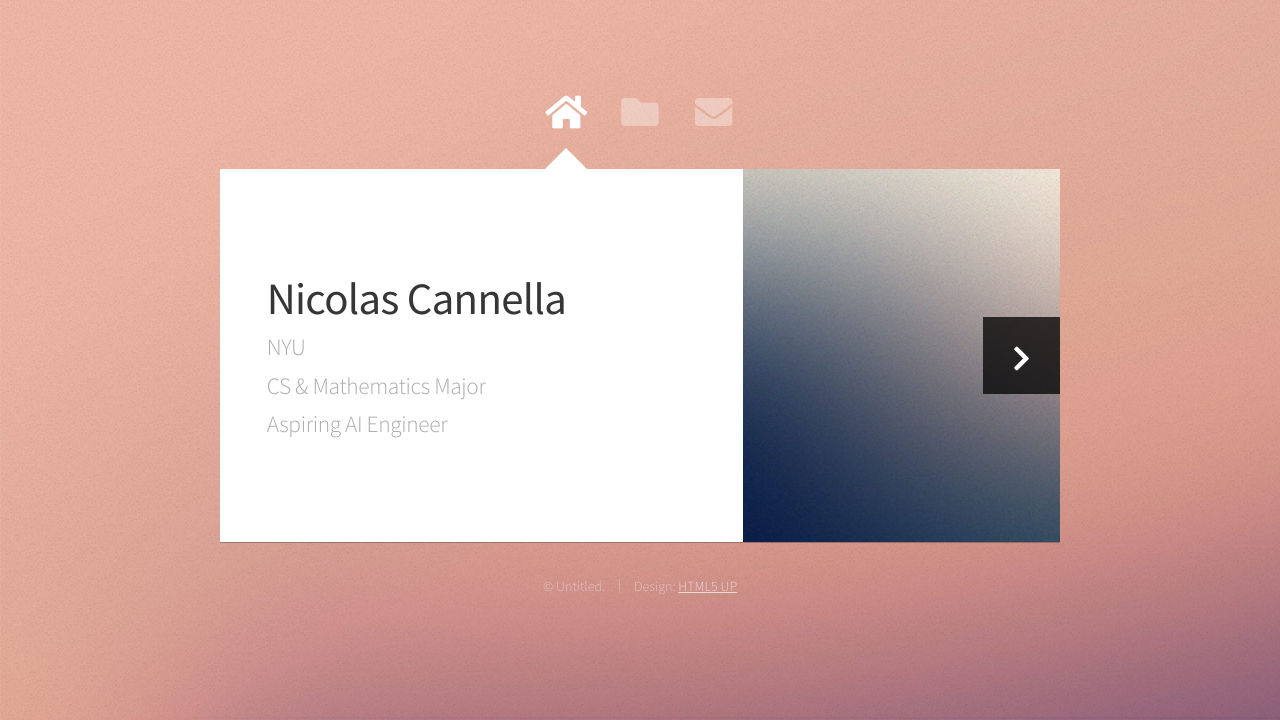
Repository: Lunarros/personal-website
Page: index.html
The author's editor kept a copy of each file at every save. The page is drawn from the files as they stood at one save, then again after the next save.
The browser window is 1280 px wide. The pictures show the whole page.

Above is the page before, as saved 2024-07-26 02:33:06.

### index.html
<!DOCTYPE HTML>
<!--
	Astral by HTML5 UP
	html5up.net | @ajlkn
	Free for personal and commercial use under the CCA 3.0 license (html5up.net/license)
-->
<html>
	<head>
		<title>Astral by HTML5 UP</title>
		<meta charset="utf-8" />
		<meta name="viewport" content="width=device-width, initial-scale=1, user-scalable=no" />
		<link rel="stylesheet" href="assets/css/main.css" />
		<noscript><link rel="stylesheet" href="assets/css/noscript.css" /></noscript>
	</head>
	<body class="is-preload">

		<!-- Wrapper-->
			<div id="wrapper">

				<!-- Nav -->
					<nav id="nav">
						<a href="#" class="icon solid fa-home"><span>Home</span></a>
						<a href="#work" class="icon solid fa-folder"><span>Work</span></a>
						<a href="#contact" class="icon solid fa-envelope"><span>Contact</span></a>
					</nav>

				<!-- Main -->
					<div id="main">

						<!-- Me -->
							<article id="home" class="panel intro">
								<header>
									<h1>Nicolas Cannella</h1>
									<p>NYU</p>
									<p>CS & Mathematics Major</p>
									<p>Aspiring AI Engineer </p>
								</header>
								<a href="#work" class="jumplink pic">
									<span class="arrow icon solid fa-chevron-right"><span>See my work</span></span>
									<img src="images/me.jpg" alt="" />
								</a>
							</article>

						<!-- Work -->
							<article id="work" class="panel">
								<header>
									<h2>Projects</h2>
								</header>
								<p>
									Phasellus enim sapien, blandit ullamcorper elementum eu, condimentum eu elit.
									Vestibulum ante ipsum primis in faucibus orci luctus et ultrices posuere cubilia
									luctus elit eget interdum.
								</p>
								<section>
									<div class="row">
										<div class="col-4 col-6-medium col-12-small">
											<a href="#" class="image fit"><img src="images/pic01.jpg" alt=""></a>
										</div>
										<div class="col-4 col-6-medium col-12-small">
											<a href="#" class="image fit"><img src="images/pic02.jpg" alt=""></a>
										</div>
										<div class="col-4 col-6-medium col-12-small">
											<a href="#" class="image fit"><img src="images/pic03.jpg" alt=""></a>
										</div>
										<div class="col-4 col-6-medium col-12-small">
											<a href="#" class="image fit"><img src="images/pic04.jpg" alt=""></a>
										</div>
										<div class="col-4 col-6-medium col-12-small">
											<a href="#" class="image fit"><img src="images/pic05.jpg" alt=""></a>
										</div>
										<div class="col-4 col-6-medium col-12-small">
											<a href="#" class="image fit"><img src="images/pic06.jpg" alt=""></a>
										</div>
										<div class="col-4 col-6-medium col-12-small">
											<a href="#" class="image fit"><img src="images/pic07.jpg" alt=""></a>
										</div>
										<div class="col-4 col-6-medium col-12-small">
											<a href="#" class="image fit"><img src="images/pic08.jpg" alt=""></a>
										</div>
										<div class="col-4 col-6-medium col-12-small">
											<a href="#" class="image fit"><img src="images/pic09.jpg" alt=""></a>
										</div>
										<div class="col-4 col-6-medium col-12-small">
											<a href="#" class="image fit"><img src="images/pic10.jpg" alt=""></a>
										</div>
										<div class="col-4 col-6-medium col-12-small">
											<a href="#" class="image fit"><img src="images/pic11.jpg" alt=""></a>
										</div>
										<div class="col-4 col-6-medium col-12-small">
											<a href="#" class="image fit"><img src="images/pic12.jpg" alt=""></a>
										</div>
									</div>
								</section>
							</article>

						<!-- Contact -->
							<article id="contact" class="panel">
								<header>
									<h2>Contact Me</h2>
								</header>
								<form action="#" method="post">
									<div>
										<div class="row">
											<div class="col-6 col-12-medium">
												<input type="text" name="name" placeholder="Name" />
											</div>
											<div class="col-6 col-12-medium">
												<input type="text" name="email" placeholder="Email" />
											</div>
											<div class="col-12">
												<input type="text" name="subject" placeholder="Subject" />
											</div>
											<div class="col-12">
												<textarea name="message" placeholder="Message" rows="6"></textarea>
											</div>
											<div class="col-12">
												<input type="submit" value="Send Message" />
											</div>
										</div>
									</div>
								</form>
							</article>

					</div>

				<!-- Footer -->
					<div id="footer">
						<ul class="copyright">
							<li>&copy; Untitled.</li><li>Design: <a href="http://html5up.net">HTML5 UP</a></li>
						</ul>
					</div>

			</div>

		<!-- Scripts -->
			<script src="assets/js/jquery.min.js"></script>
			<script src="assets/js/browser.min.js"></script>
			<script src="assets/js/breakpoints.min.js"></script>
			<script src="assets/js/util.js"></script>
			<script src="assets/js/main.js"></script>

	</body>
</html>

Loaded but not shown: assets/css/fontawesome-all.min.css (library); assets/js/jquery.min.js (library); assets/js/browser.min.js (common file); assets/js/breakpoints.min.js (common file); assets/js/util.js (587 lines, source omitted); assets/js/main.js (212 lines, source omitted); assets/css/main.css (2191 lines, source omitted)

After the next save:
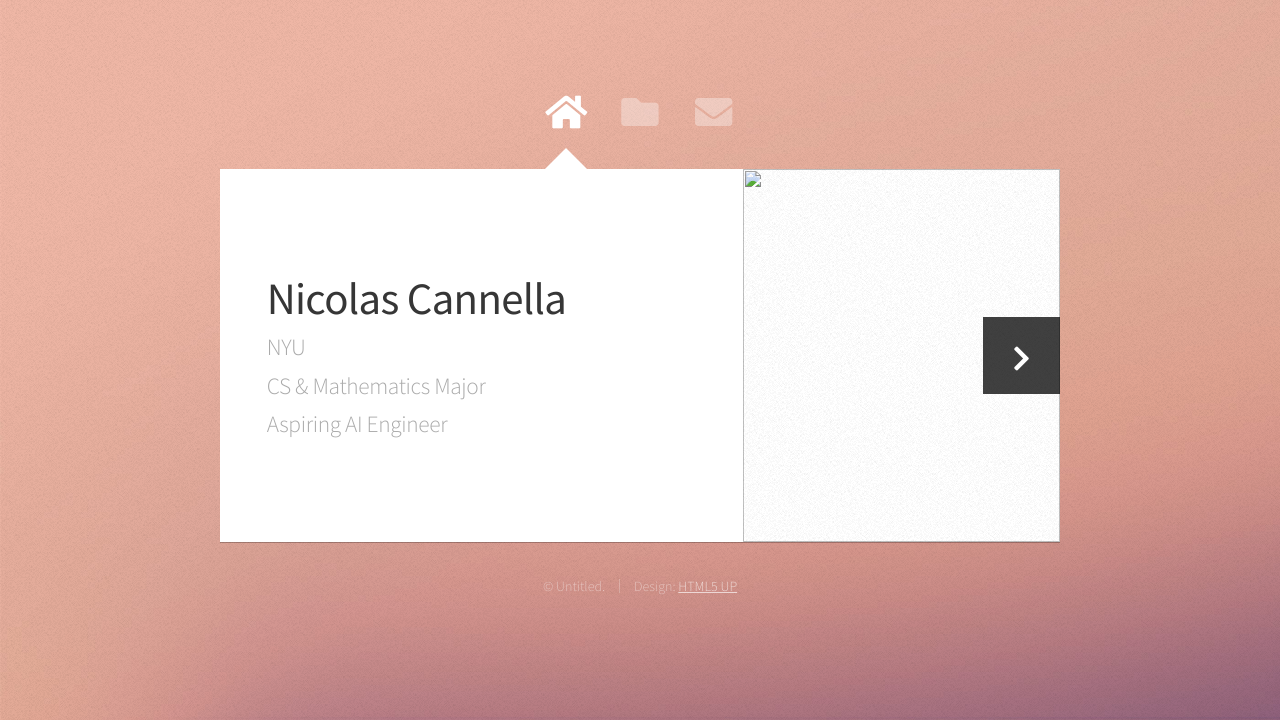
Not found: IMG_1432.jpg
Saved 11 min 35 s later.
--- a/index.html
+++ b/index.html
@@ -37,7 +37,7 @@
 								</header>
 								<a href="#work" class="jumplink pic">
 									<span class="arrow icon solid fa-chevron-right"><span>See my work</span></span>
-									<img src="images/me.jpg" alt="" />
+									<img src="IMG_1432.jpg" alt="" />
 								</a>
 							</article>
 

After the save that followed:
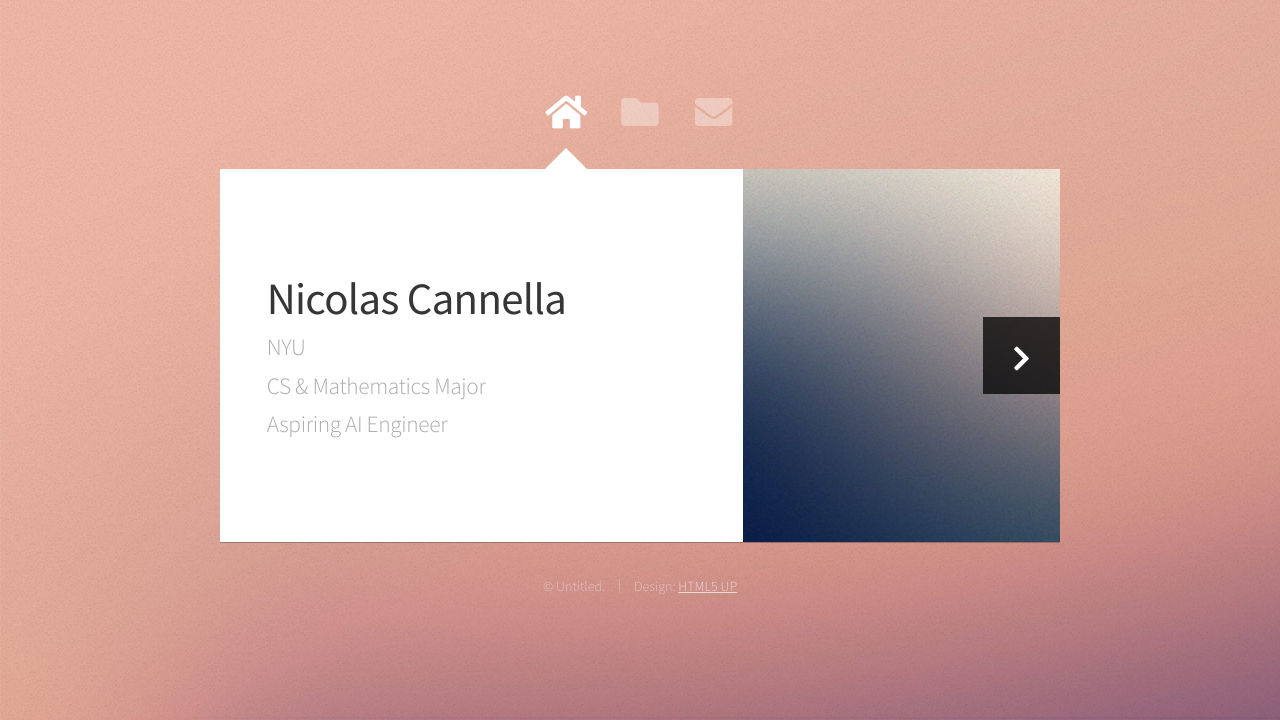
Saved 12 s later.
--- a/index.html
+++ b/index.html
@@ -37,7 +37,7 @@
 								</header>
 								<a href="#work" class="jumplink pic">
 									<span class="arrow icon solid fa-chevron-right"><span>See my work</span></span>
-									<img src="IMG_1432.jpg" alt="" />
+									<img src="images/me.jpg" alt="" />
 								</a>
 							</article>
 
